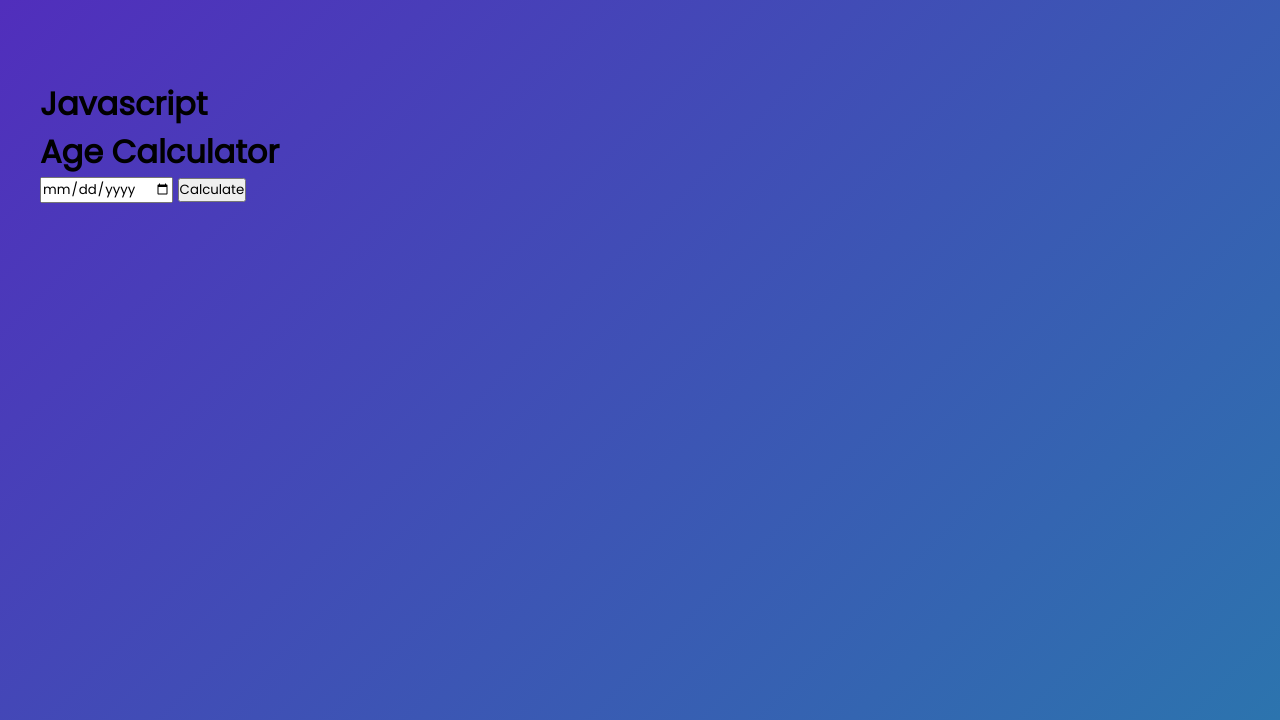
Repository: Ankitkr2021/Age-Calculator
Page: index.html
An editor plug-in stored every save of this project. The page is shown before and after the next save, followed by the edit.
The browser window is 1280 px wide. The pictures show the whole page.

Above is the page before, as saved 2025-10-05 10:22:32.

### index.html
<!DOCTYPE html>
<html lang="en">
<head>
    <meta charset="UTF-8">
    <meta name="viewport" content="width=device-width, initial-scale=1.0">
    <title>Age Calculator</title>
    <link rel="stylesheet" href="./style.css">
</head>
<body>
    <div class="main">
        <h1 class="js">Javascript</h1>
        <h1 class="age">Age Calculator</h1>
        <div class="box">
            <input type="date">
             <button>Calculate</button>
        </div>
    </div>
</body>
</html>

### style.css
@import url("https://fonts.googleapis.com/css2?family=Poppins&display=swap");

*{
    margin: 0;
    padding: 0;
    box-sizing: border-box;
    font-family: "Poppins",sans-serif;
}

body{
    height: 100vh;
    width: 100%;
    background: linear-gradient(135deg, rgb(81, 46, 188), rgb(44, 116, 174));
}

.main{
    /* background: #fff; */
    width: 350px;
    padding: 40px;
}

.js{
    padding-top: 40px;
}

After the next save:
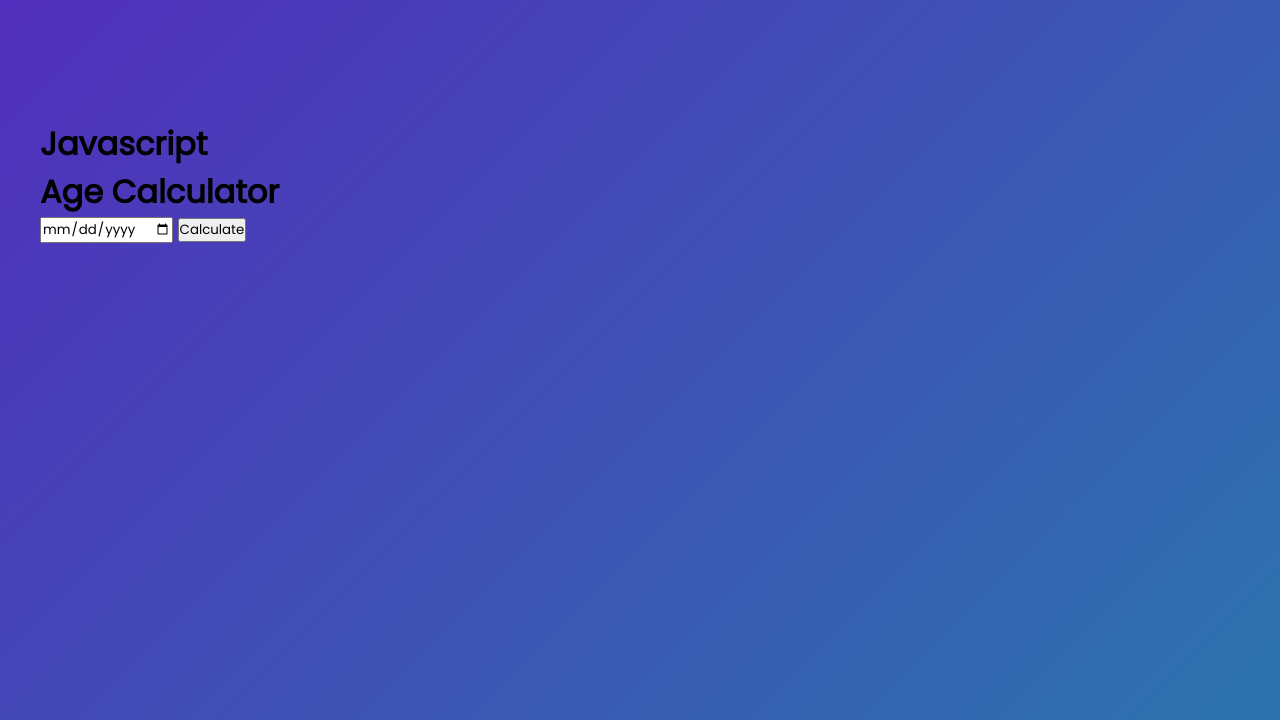
Saved 4 s later.
--- a/style.css
+++ b/style.css
@@ -20,5 +20,5 @@
 }
 
 .js{
-    padding-top: 40px;
+    padding-top: 80px;
 }
